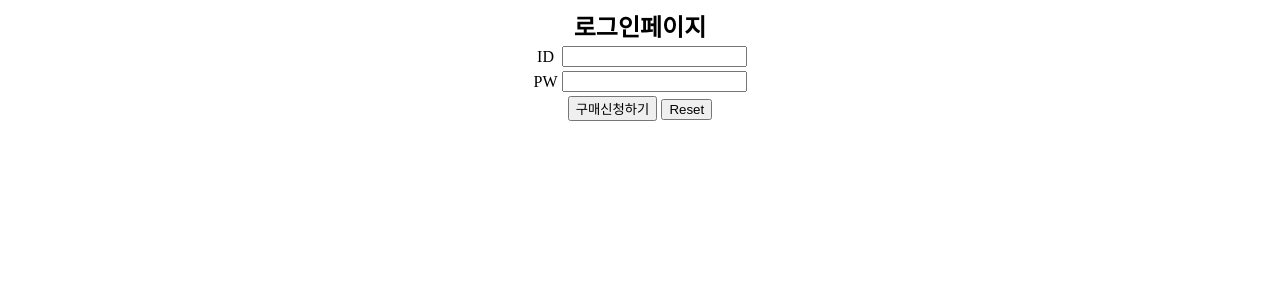
Repository: leejonggwon/Amora-Project
Page: http://localhost/MemberSystem/login.jsp
An editor plug-in stored every save of this project. The page is shown before and after the next save, followed by the edit.
The browser window is 1280 px wide. The pictures show the whole page.
The page is served by Tomcat 9. Other server files are loaded and not shown.

Above is the page before, as saved 2023-07-23 02:08:44.

### 04.Server/MemberSystem/src/main/webapp/login.jsp
<%@ page language="java" contentType="text/html; charset=EUC-KR"
    pageEncoding="EUC-KR"%>
<!DOCTYPE html>
<html>
<head>
<meta charset="EUC-KR">
<title>Insert title here</title>
<style type="text/css">
   #wrap, h2, table{
      margin: auto;
      text-align: center;
   }

</style>
</head>
<body>
   <div id="wrap">
      <h2>로그인페이지</h2>
      <form action="loginService.jsp" method="post">
         <table>
            <tr>
               <td>ID</td>
               <td><input type="text" name="id"></td>
            </tr>
            <tr>
               <td>PW</td>
               <td><input type="password" name="pw"></td>
            </tr>

            <tr>
               <td colspan="2">
                  <input type="submit" value="구매신청하기">
                  <input type="reset">
               </td>
            </tr>

         </table>
      </form>
   </div>
</body>
</html>

After the next save:
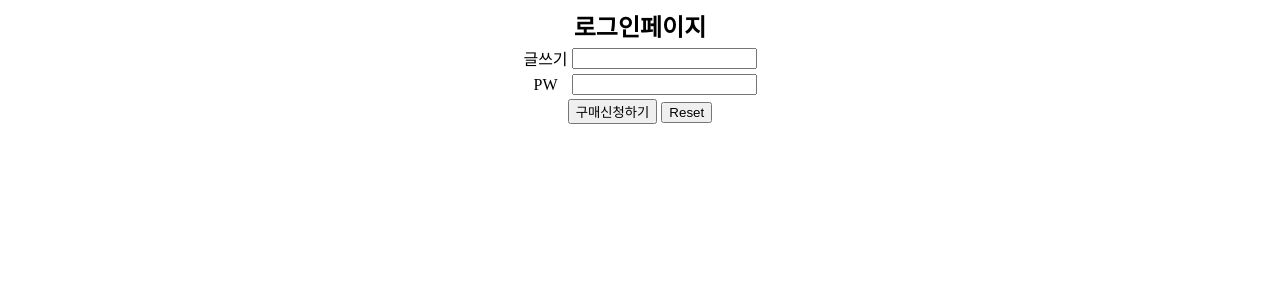
Saved 2 h 38 min later.
--- a/04.Server/MemberSystem/src/main/webapp/login.jsp
+++ b/04.Server/MemberSystem/src/main/webapp/login.jsp
@@ -19,7 +19,7 @@
       <form action="loginService.jsp" method="post">
          <table>
             <tr>
-               <td>ID</td>
+               <td>글쓰기</td>
                <td><input type="text" name="id"></td>
             </tr>
             <tr>

After the save that followed:
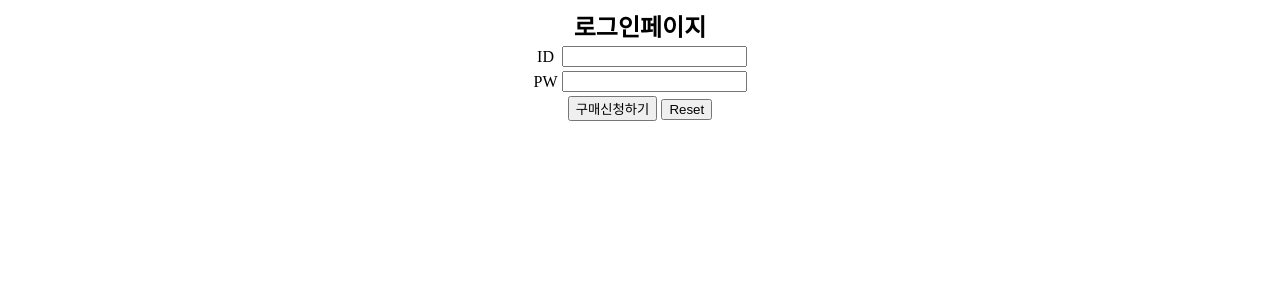
Saved 45 s later.
--- a/04.Server/MemberSystem/src/main/webapp/login.jsp
+++ b/04.Server/MemberSystem/src/main/webapp/login.jsp
@@ -19,7 +19,7 @@
       <form action="loginService.jsp" method="post">
          <table>
             <tr>
-               <td>글쓰기</td>
+               <td>ID</td>
                <td><input type="text" name="id"></td>
             </tr>
             <tr>
